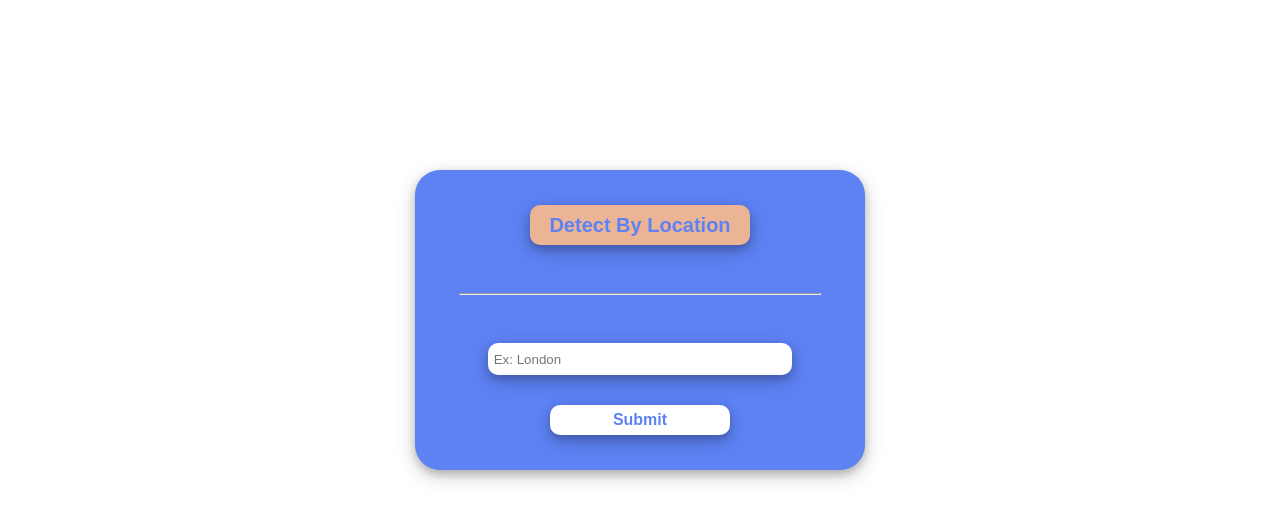
Repository: ahmedazawi/weather-app
Page: /
An editor plug-in stored every save of this project. The page is shown before and after the next save, followed by the edit.
The browser window is 1280 px wide. The pictures show the whole page.
The project was rebuilt for these pictures with package versions that can differ from the ones it lists, and the page was loaded fresh each time. Also part of the build but not shown: src/layout/Header.js, src/assets/css/details.css, src/assets/data/ContextApi.js, src/assets/css/SevenDaysCards.css, src/components/card.js, src/components/SevenDaysCards.js, src/assets/data/Api.js, src/components/Map.js and 2 more.

Above is the page before, as saved 2022-11-30 23:19:38.

### src/App.js
import React, { useState, useEffect } from "react";
import "./App.css";
import Header from "./layout/Header";
import Details from "./components/Details";

import Store from "./assets/data/Store";
function App() {
  const [lat, setLat] = useState();
  const [long, setLong] = useState();
  const [located, setLocated] = useState(false);
  const [cityName, setCityName] = useState("");
  const [subCity, setSubCity] = useState();

  const inputHandler = (event) => {
    setCityName(event.target.value);
  };
  const clickHandler = () => {
    setSubCity(cityName);
  };
  const geolocationAPI = navigator.geolocation;
  const getUserCoordinates = () => {
    if (!geolocationAPI) {
      console.log("Geolocation API is not available in your browser!");
    } else {
      geolocationAPI.getCurrentPosition(
        (position) => {
          const { coords } = position;
          setLat(coords.latitude);
          setLong(coords.longitude);
          setLocated(true);
        },

        (error) => {
          console.log("Something went wrong getting your position!");
        }
      );
    }
  };

  if (!subCity && !located) {
    return (
      <div className="app-body">
        <div className="App">
          <button className="btn location-btn" onClick={getUserCoordinates}>
            Detect By Location
          </button>
          <hr />

          <div>
            <input
              type="text"
              className="form-control"
              name="cityName"
              onChange={inputHandler}
              value={cityName}
              placeholder=" Ex: London"
            />
            <button onClick={clickHandler} className="btn">
              Submit
            </button>
          </div>
        </div>
      </div>
    );
  }
  console.log(located);
  return (
    <div>
      <Header />
      <Store located={located} lat={lat} long={long} city={subCity}>
        <Details />
      </Store>
    </div>
  );
}

export default App;

### src/App.css
body {
  --primaryColor: #5e82f4;
  --secondaryColor: #ffffff;
  --borderRadius: 25px;
}

.nav {
  display: flex;
  align-items: center;
  height: 55px;
  background-color: var(--primaryColor);
}
.app-body {
  height: 100%;
  width: 100%;
  margin-top: 170px;
  display: flex;
  align-items: center;
  justify-content: center;
}
.App {
  display: flex;
  flex-direction: column;
  align-items: center;
  justify-content: center;
  height: 300px;
  width: 450px;
  background-color: var(--primaryColor);
  gap: 40px;
  border-radius: var(--borderRadius);

  -moz-box-shadow: 0 4px 8px 0 rgba(0, 0, 0, 0.2),
    0 6px 20px 0 rgba(0, 0, 0, 0.19);
  -o-box-shadow: 0 4px 8px 0 rgba(0, 0, 0, 0.2),
    0 6px 20px 0 rgba(0, 0, 0, 0.19);
  -webkit-box-shadow: 0 4px 8px 0 rgba(0, 0, 0, 0.2),
    0 6px 20px 0 rgba(0, 0, 0, 0.19);
  box-shadow: 0 4px 8px 0 rgba(0, 0, 0, 0.2), 0 6px 20px 0 rgba(0, 0, 0, 0.19);
  -moz-transition: all 0.4s ease-in-out;
  -o-transition: all 0.4s ease-in-out;
  -webkit-transition: all 0.4s ease-in-out;
  transition: all 0.4s ease-in-out;
}
.App:hover {
  -moz-box-shadow: 0 14px 18px 0 rgba(0, 0, 0, 0.2),
    0 16px 30px 0 rgba(0, 0, 0, 0.19);
  -o-box-shadow: 0 14px 18px 0 rgba(0, 0, 0, 0.2),
    0 16px 30px 0 rgba(0, 0, 0, 0.19);
  -webkit-box-shadow: 0 14px 18px 0 rgba(0, 0, 0, 0.2),
    0 16px 30px 0 rgba(0, 0, 0, 0.19);
  box-shadow: 0 14px 18px 0 rgba(0, 0, 0, 0.2),
    0 16px 30px 0 rgba(0, 0, 0, 0.19);
}
.App > div {
  display: flex;
  flex-direction: column;
  align-items: center;
  gap: 30px;
}
.App .location-btn {
  height: 40px !important;
  width: 220px !important;
  font-size: 20px !important;
  background-color: #eab495 !important;
}
.App .btn {
  border: none;
  border-radius: 10px;
  color: var(--primaryColor);
  background-color: var(--secondaryColor);
  height: 30px;
  width: 180px;
  font-size: 16px;
  font-weight: 600;

  -moz-box-shadow: 0 4px 8px 0 rgba(0, 0, 0, 0.2),
    0 6px 20px 0 rgba(0, 0, 0, 0.19);
  -o-box-shadow: 0 4px 8px 0 rgba(0, 0, 0, 0.2),
    0 6px 20px 0 rgba(0, 0, 0, 0.19);
  -webkit-box-shadow: 0 4px 8px 0 rgba(0, 0, 0, 0.2),
    0 6px 20px 0 rgba(0, 0, 0, 0.19);
  box-shadow: 0 4px 8px 0 rgba(0, 0, 0, 0.2), 0 6px 20px 0 rgba(0, 0, 0, 0.19);
  -moz-transition: all 0.4s ease-in-out;
  -o-transition: all 0.4s ease-in-out;
  -webkit-transition: all 0.4s ease-in-out;
  transition: all 0.4s ease-in-out;
}
.App .btn:hover {
  -moz-box-shadow: 0 14px 18px 0 rgba(0, 0, 0, 0.2),
    0 16px 30px 0 rgba(0, 0, 0, 0.19);
  -o-box-shadow: 0 14px 18px 0 rgba(0, 0, 0, 0.2),
    0 16px 30px 0 rgba(0, 0, 0, 0.19);
  -webkit-box-shadow: 0 14px 18px 0 rgba(0, 0, 0, 0.2),
    0 16px 30px 0 rgba(0, 0, 0, 0.19);
  box-shadow: 0 14px 18px 0 rgba(0, 0, 0, 0.2),
    0 16px 30px 0 rgba(0, 0, 0, 0.19);
  cursor: pointer;
}
.App .form-control {
  background-color: var(--secondaryColor);
  border: none;
  border-radius: 10px;
  height: 30px;
  width: 300px;
  outline: none;

  -moz-box-shadow: 0 4px 8px 0 rgba(0, 0, 0, 0.2),
    0 6px 20px 0 rgba(0, 0, 0, 0.19);
  -o-box-shadow: 0 4px 8px 0 rgba(0, 0, 0, 0.2),
    0 6px 20px 0 rgba(0, 0, 0, 0.19);
  -webkit-box-shadow: 0 4px 8px 0 rgba(0, 0, 0, 0.2),
    0 6px 20px 0 rgba(0, 0, 0, 0.19);
  box-shadow: 0 4px 8px 0 rgba(0, 0, 0, 0.2), 0 6px 20px 0 rgba(0, 0, 0, 0.19);
  -moz-transition: all 0.4s ease-in-out;
  -o-transition: all 0.4s ease-in-out;
  -webkit-transition: all 0.4s ease-in-out;
  transition: all 0.4s ease-in-out;
}
.App .form-control:hover {
  -moz-box-shadow: 0 14px 18px 0 rgba(0, 0, 0, 0.2),
    0 16px 30px 0 rgba(0, 0, 0, 0.19);
  -o-box-shadow: 0 14px 18px 0 rgba(0, 0, 0, 0.2),
    0 16px 30px 0 rgba(0, 0, 0, 0.19);
  -webkit-box-shadow: 0 14px 18px 0 rgba(0, 0, 0, 0.2),
    0 16px 30px 0 rgba(0, 0, 0, 0.19);
  box-shadow: 0 14px 18px 0 rgba(0, 0, 0, 0.2),
    0 16px 30px 0 rgba(0, 0, 0, 0.19);
  cursor: pointer;
}

.App hr {
  color: #e9ebf1;
  width: 80%;
  border-width: 0.7px;
}
@media (max-width: 410px) {
  .App {
    width: 330px;
  }
  .App .form-control {
    width: 270px;
  }
}

Loaded but not shown: public/index.html (common file); src/index.js (common file); src/index.css (common file)

After the next save:
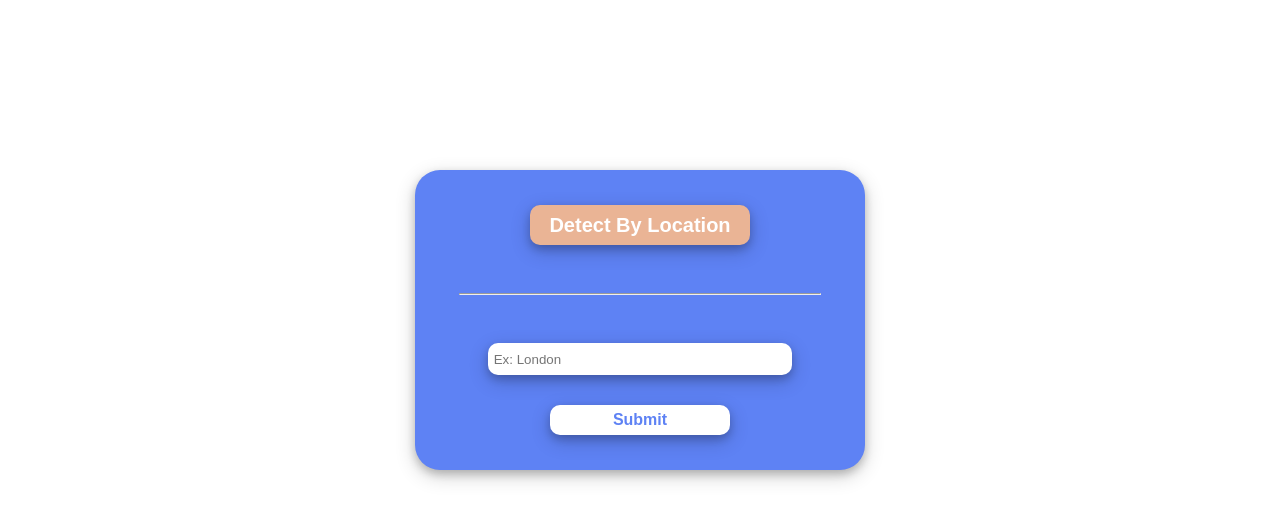
Saved 21 s later.
--- a/src/App.css
+++ b/src/App.css
@@ -62,6 +62,7 @@ body {
   width: 220px !important;
   font-size: 20px !important;
   background-color: #eab495 !important;
+  color: var(--secondaryColor) !important;
 }
 .App .btn {
   border: none;
